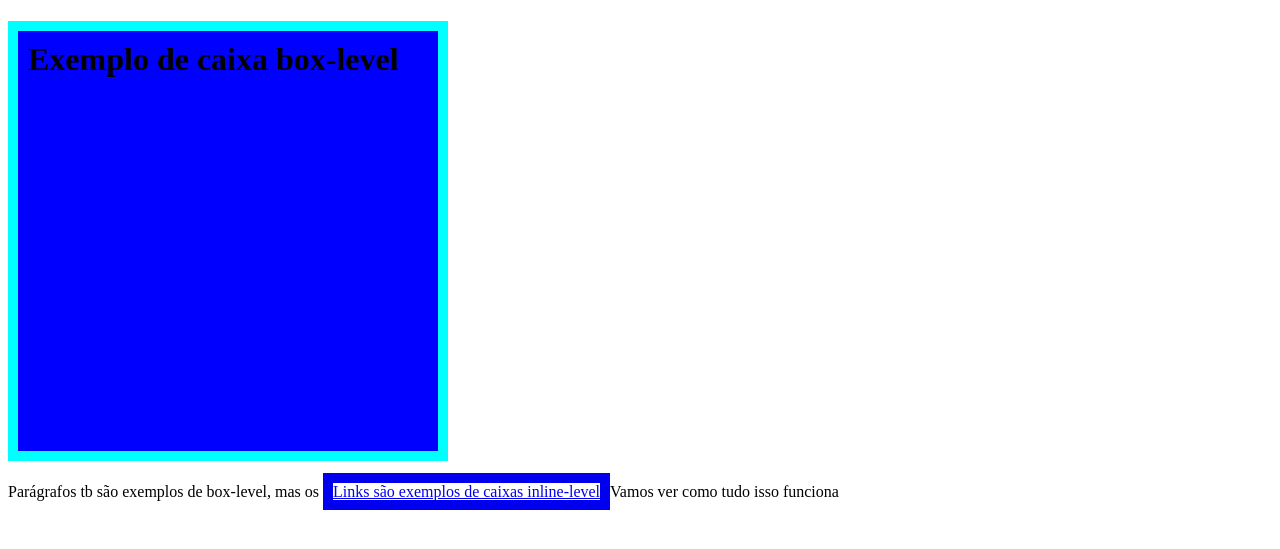
Repository: DorivalJunior14/exercicios
Page: ex.caixas.html/ex.caixas.html
An editor plug-in stored every save of this project. The page is shown before and after the next save, followed by the edit.
The browser window is 1280 px wide. The pictures show the whole page.

Above is the page before, as saved 2021-05-12 16:37:13.

After the next save:
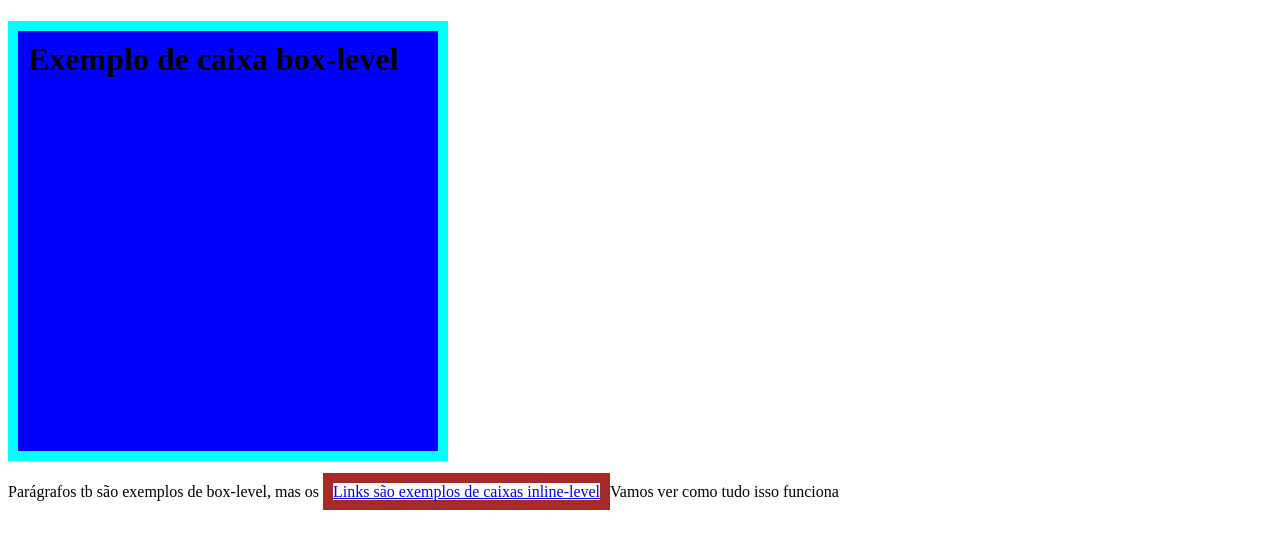
Saved 5 s later.
--- a/ex.caixas.html/ex.caixas.html
+++ b/ex.caixas.html/ex.caixas.html
@@ -22,7 +22,7 @@
         a {
             border-width: 10px;
             border-style: solid;
-            border-color: ;
+            border-color: brown;
         }
     </style>
 </head>
